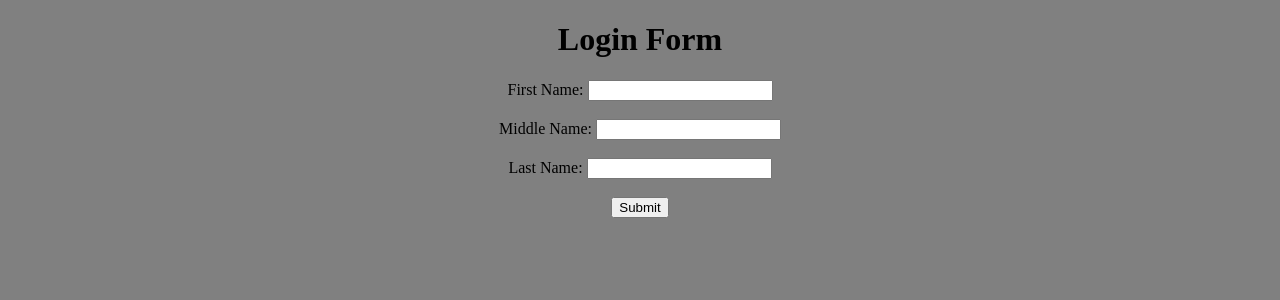
Repository: thatipallyvinod/AdvanceJava
Page: LoginFormApp/src/main/webapp/login.html
The author's editor kept a copy of each file at every save. The page is drawn from the files as they stood at one save, then again after the next save.
The browser window is 1280 px wide. The pictures show the whole page.

Above is the page before, as saved 2024-03-25 08:56:47.

After the next save:
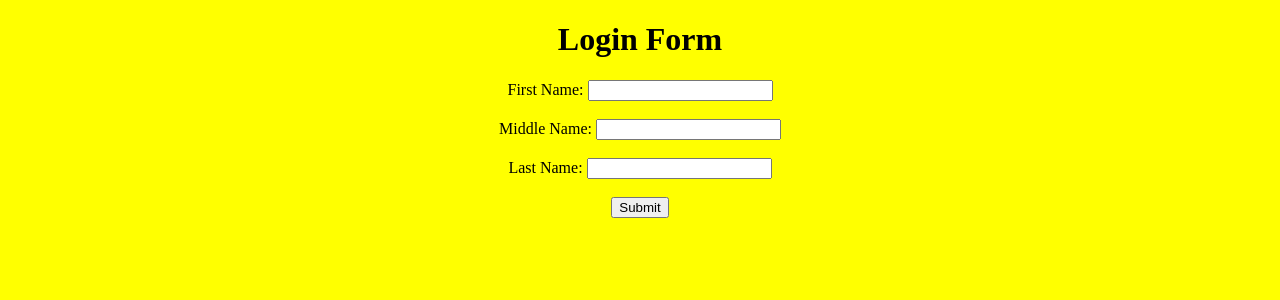
Saved 8 s later.
--- a/LoginFormApp/src/main/webapp/login.html
+++ b/LoginFormApp/src/main/webapp/login.html
@@ -5,7 +5,7 @@
     <meta name="viewport" content="width=device-width, initial-scale=1.0">
     <title>Login Form</title>
 </head>
-<body bgcolor="gray">
+<body bgcolor="yellow">
 <div style="text-align: center;">
     <h1>Login Form</h1>
     <form action="LoginFormServlet" method="GET">
